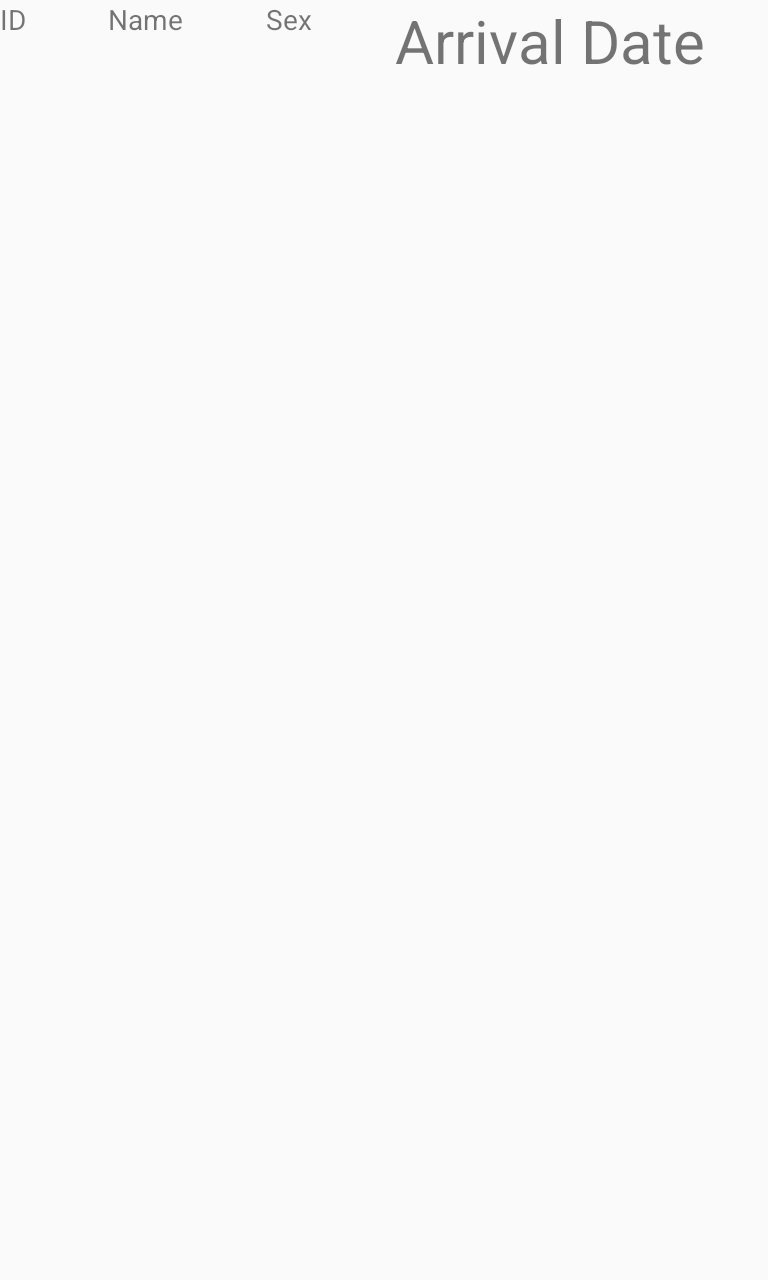
Repository: dillonburton/ThemeParkSimDB
Layout: DBThemeParkApp/res/layout/fragment_test_1.xml
These files come from the project's save history. The layout is drawn as it stood at one moment and after the next save; the edit follows.
It is drawn on a 768 x 1280 px phone screen (xhdpi) without system bars, with theme AppTheme; the app's code is not run.

Above is the layout before, as saved 2014-11-18 19:23:45.

### DBThemeParkApp/res/layout/fragment_test_1.xml
<?xml version="1.0" encoding="utf-8"?>
<LinearLayout xmlns:android="http://schemas.android.com/apk/res/android"
    xmlns:tools="http://schemas.android.com/tools"
    android:layout_width="match_parent"
    android:layout_height="match_parent"
    android:orientation="vertical"
    tools:context="com.db.fragments.FragmentTest2" >

    <ScrollView
        android:id="@+id/scrollView1"
        android:layout_width="match_parent"
        android:layout_height="match_parent" >

        <TableLayout
        android:layout_width="match_parent"
        android:layout_height="match_parent"
        android:id="@+id/table2"
         >

        <TableRow
            android:id="@+id/tableRow1"
            android:layout_width="wrap_content"
            android:layout_height="wrap_content"
             >

            <TextView
                android:id="@+id/textView1"
                android:layout_width="match_parent"
                android:layout_height="match_parent"
                android:layout_weight="1"
                android:text="ID" />

            <TextView
                android:id="@+id/textView2"
                android:layout_width="match_parent"
                android:layout_height="match_parent"
                android:layout_weight="1"
                android:paddingLeft="10dp"
                android:text="Name" />

             <TextView
                 android:id="@+id/textView2"
                 android:layout_width="match_parent"
                 android:layout_height="match_parent"
                 android:layout_weight="1"
                  android:paddingLeft="10dp"
                 android:text="Sex" />

              <TextView
                  android:id="@+id/textView2"
                  android:layout_width="match_parent"
                  android:layout_height="match_parent"
                  android:layout_weight="1"
                   android:paddingLeft="10dp"
                   android:textSize="30sp"
                  android:text="Arrival Date" />

        </TableRow>

        <TableRow
            android:id="@+id/tableRow2"
            android:layout_width="wrap_content"
            android:layout_height="wrap_content" >
        </TableRow>

        <TableRow
            android:id="@+id/tableRow3"
            android:layout_width="wrap_content"
            android:layout_height="wrap_content" >
        </TableRow>

        <TableRow
            android:id="@+id/tableRow4"
            android:layout_width="wrap_content"
            android:layout_height="wrap_content" >
        </TableRow>
    </TableLayout>
    </ScrollView>

</LinearLayout>

Loaded but not shown: DBThemeParkApp/res/values/styles.xml (common file); DBThemeParkApp/res/values-v11/styles.xml (common file); DBThemeParkApp/res/values-v14/styles.xml (common file)

After the next save:
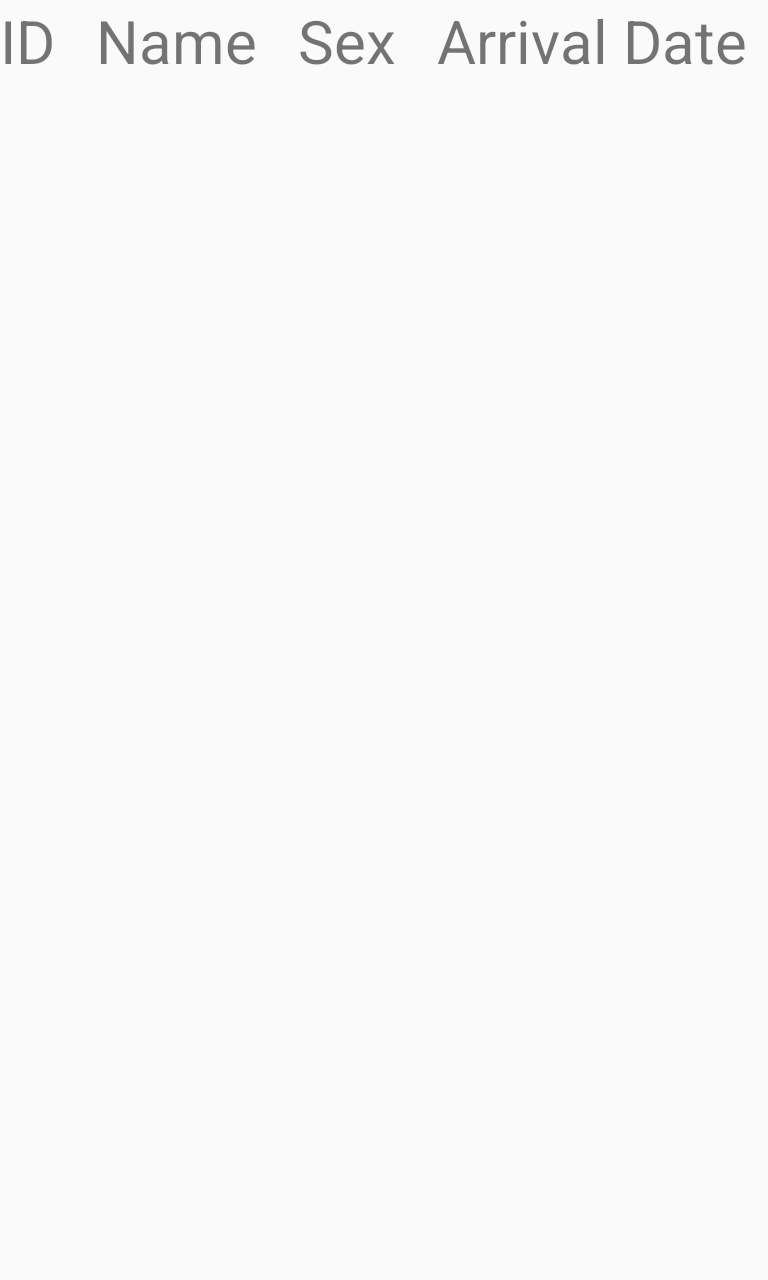
Saved 17 s later.
--- a/DBThemeParkApp/res/layout/fragment_test_1.xml
+++ b/DBThemeParkApp/res/layout/fragment_test_1.xml
@@ -28,6 +28,7 @@
                 android:layout_width="match_parent"
                 android:layout_height="match_parent"
                 android:layout_weight="1"
+                android:textSize="30sp"
                 android:text="ID" />
 
             <TextView
@@ -36,6 +37,7 @@
                 android:layout_height="match_parent"
                 android:layout_weight="1"
                 android:paddingLeft="10dp"
+                android:textSize="30sp"
                 android:text="Name" />
 
              <TextView
@@ -44,6 +46,7 @@
                  android:layout_height="match_parent"
                  android:layout_weight="1"
                   android:paddingLeft="10dp"
+                  android:textSize="30sp"
                  android:text="Sex" />
 
               <TextView
@@ -51,8 +54,8 @@
                   android:layout_width="match_parent"
                   android:layout_height="match_parent"
                   android:layout_weight="1"
-                   android:paddingLeft="10dp"
-                   android:textSize="30sp"
+                  android:paddingLeft="10dp"
+                  android:textSize="30sp"
                   android:text="Arrival Date" />
 
         </TableRow>
